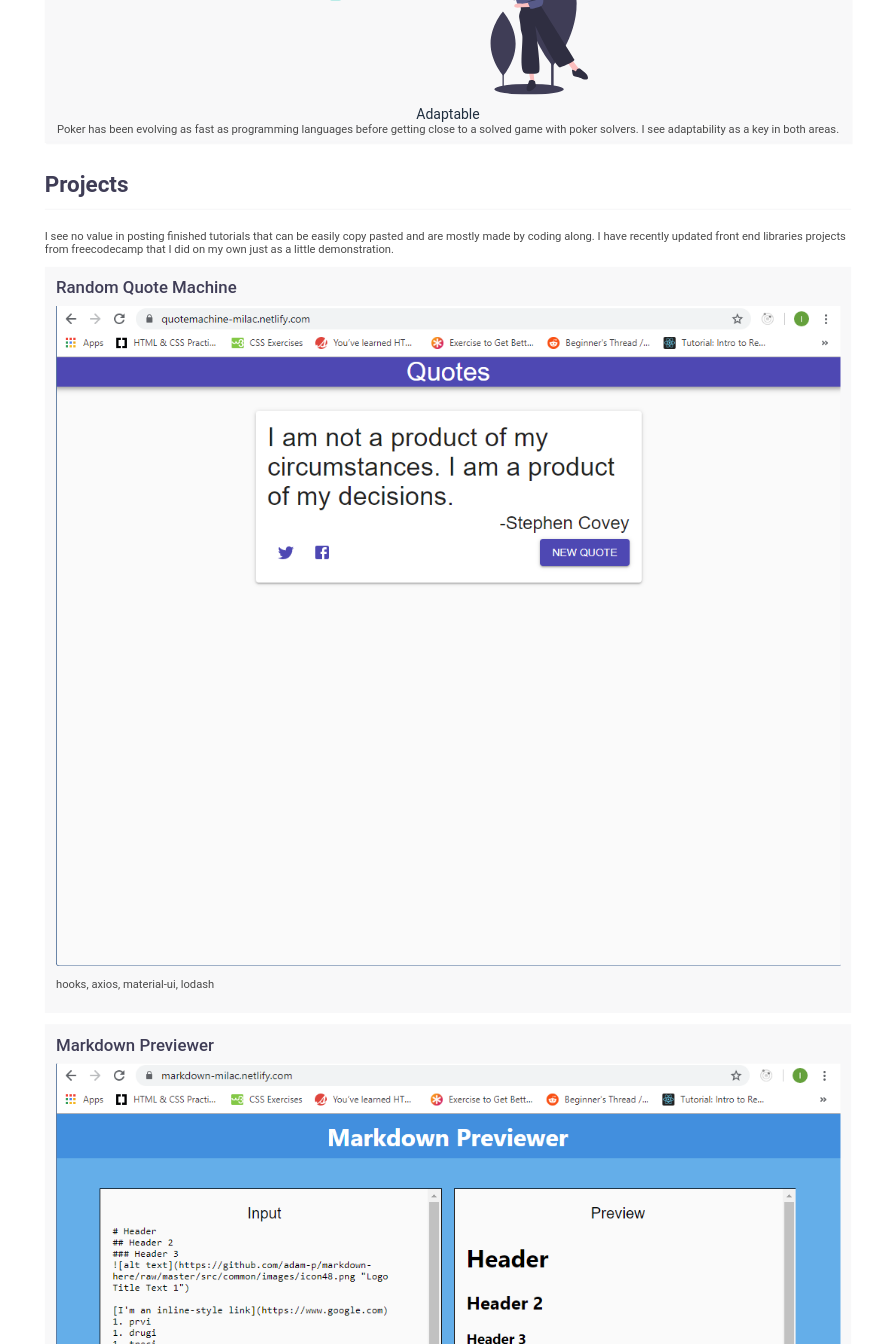
Repository: milac0/my-website
Page: /
The author's editor kept a copy of each file at every save. The page is drawn from the files as they stood at one save, then again after the next save.
The browser window is 1280 px wide. The pictures show the part of the page from y = 2293 to 4213 px (the page is 7468 px tall before and 7484 px after), at 70% of full size.
The project was rebuilt for these pictures with package versions that can differ from the ones it lists, and the page was loaded fresh each time. Also part of the build but not shown: src/components/formContact.module.css, src/components/FormContact.js, src/pages/contact.module.css, src/pages/Contact.js. Imported but missing from the stored project, and not drawn on this page: src/resume.pdf.

Above is the page before, as saved 2019-10-24 20:30:48.

After the next save:
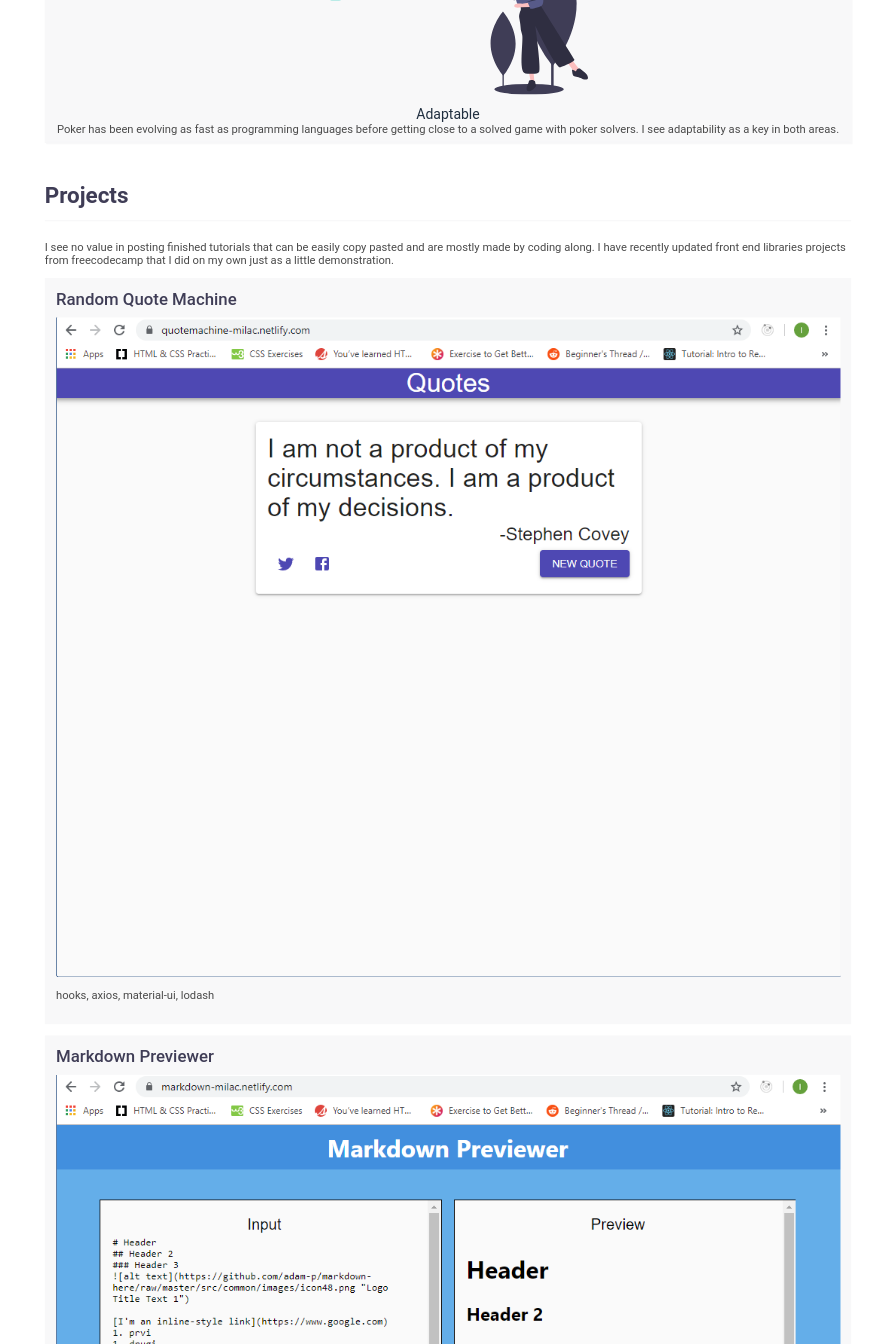
Saved 27 s later.
--- a/src/index.css
+++ b/src/index.css
@@ -247,5 +247,8 @@ footer {
 }
 
 @media (min-width: 752px) {
-
-}
+  .section-skills {
+    display: flex;
+    flex-direction: column;
+  }
+}
